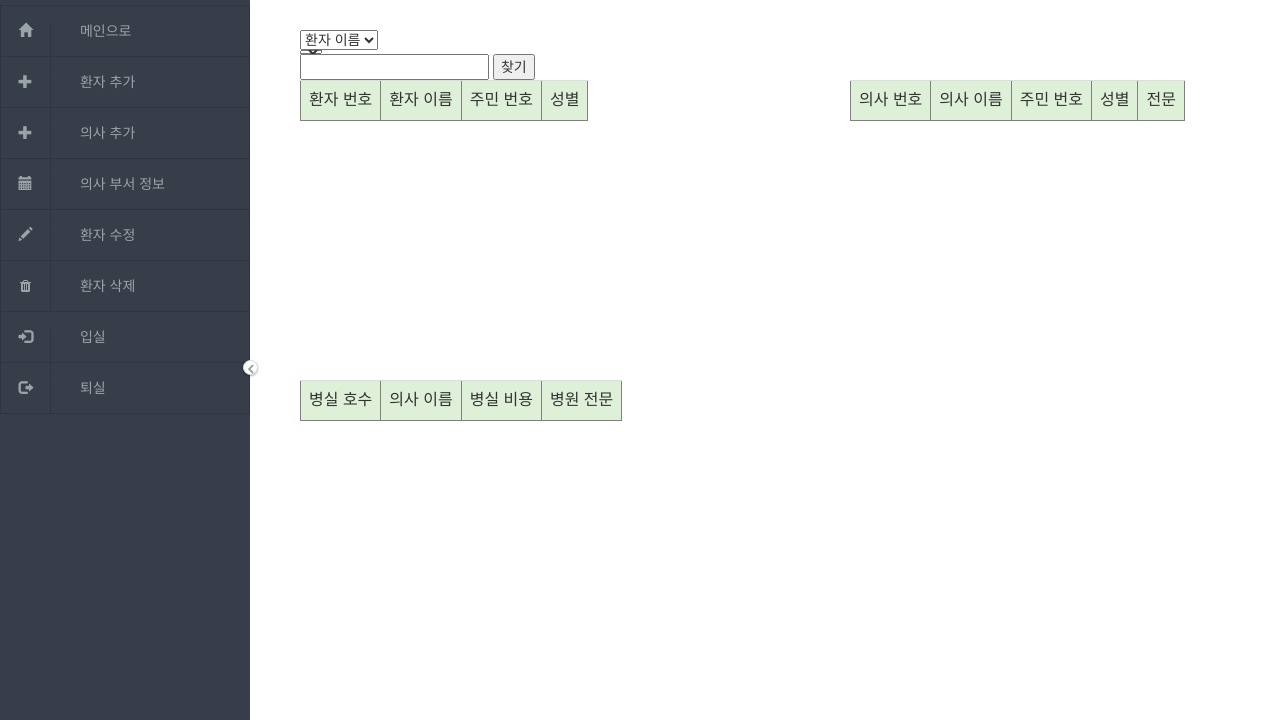
Repository: qaws1134/Hospital_manager
Page: http://localhost/project/main.jsp
These files come from the project's save history. The page is drawn as it stood at one moment and after the next save; the edit follows.
The browser window is 1280 px wide. The pictures show the whole page.
Some web libraries are served in a nearby version. The page is served by Tomcat 9. The template is opened directly, without the code that normally fills it, so the values that code supplies are empty.

Above is the page before, as saved 2017-12-09 16:43:51.
Console error (its wording comes from the project's code and is left out).

After the next save:
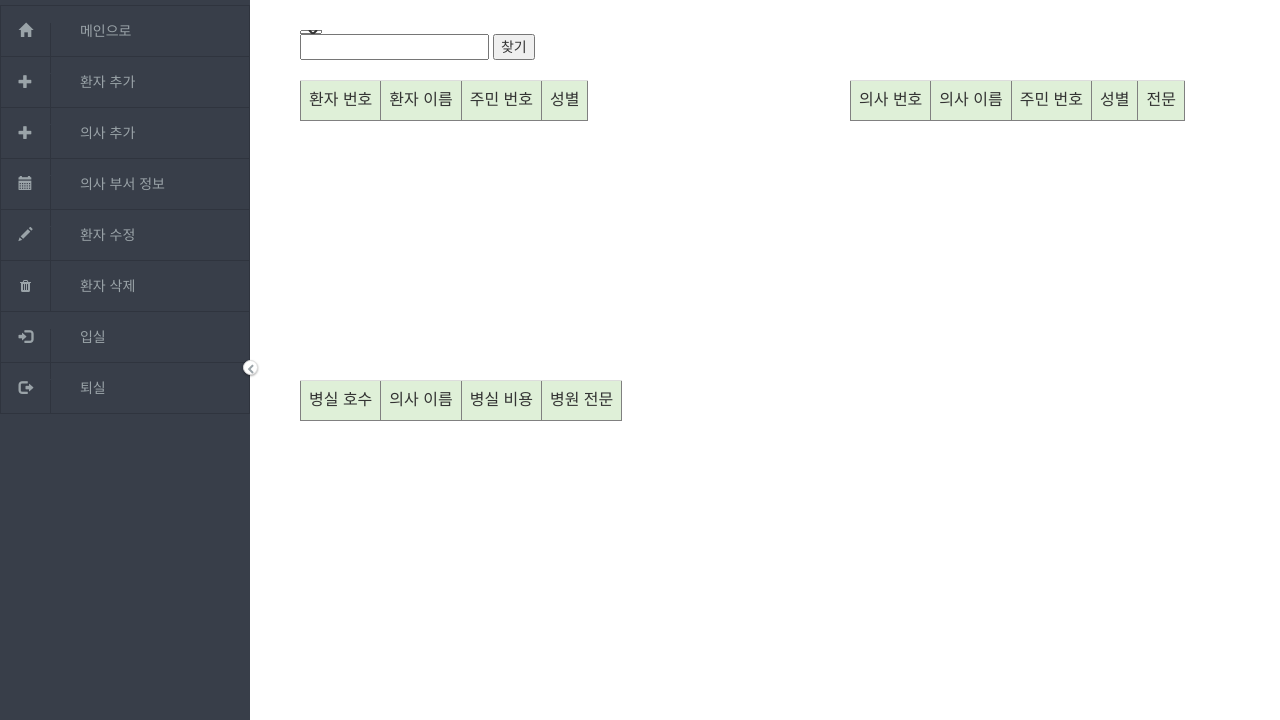
Saved 17 s later.
--- a/project/WebContent/main.jsp
+++ b/project/WebContent/main.jsp
@@ -208,11 +208,6 @@ nav ul li a span {
 </nav>
 <section style="position:absolute; top:30px;left:300px">
 <form action="search.do">
-	<select name ="searchName"size ="1">
-		<option value="p_name">환자 이름</option>
-		<option value="d_name">의사 이름</option>
-		<option value="d_cls">병원 종류</option>
-	</select>
 
 
 	 <div class="input-group-btn">
